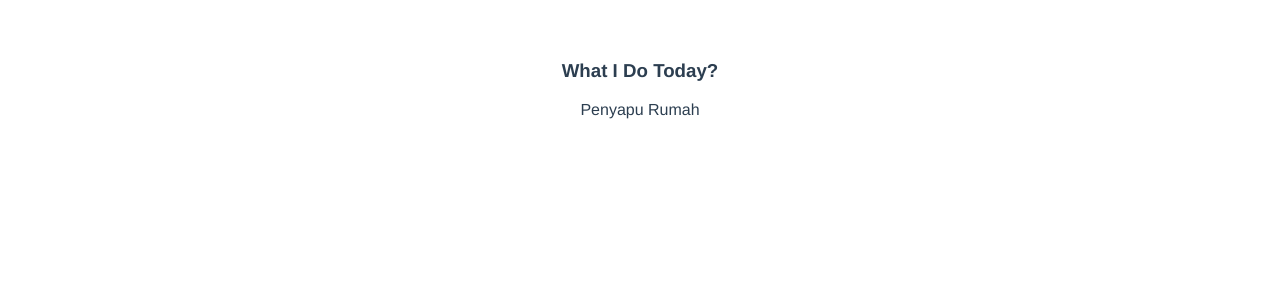
Repository: AdiPrimanto/praxis-academy
Page: / (app in novice/03-05/todolist/)
These files come from the project's save history. The page is drawn as it stood at one moment and after a run of saves; the edit follows.
The browser window is 1280 px wide. The pictures show the whole page.
The project was rebuilt for these pictures with package versions that can differ from the ones it lists, and the page was loaded fresh each time.

Above is the page before, as saved 2019-11-29 13:54:12.

After the next 2 saves:
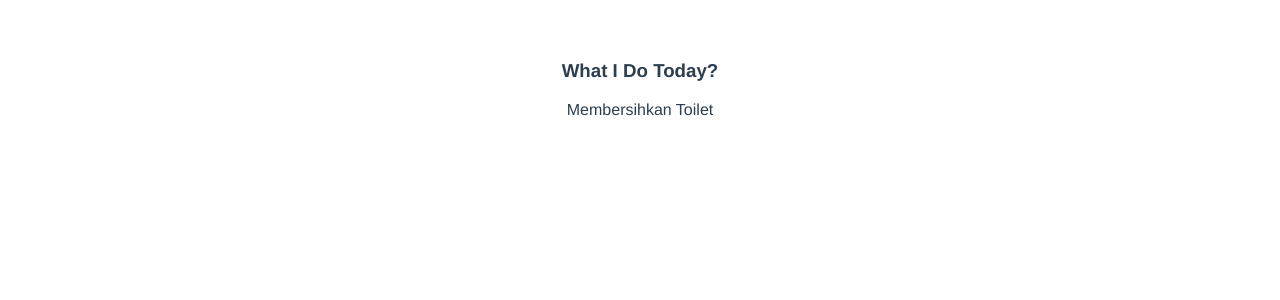
The 2 saves are shown as one change because 1 did not build or start.
The last was saved 39 s later.
--- a/novice/03-05/todolist/src/App.vue
+++ b/novice/03-05/todolist/src/App.vue
@@ -3,7 +3,7 @@
     <h3>What I Do Today? </h3>
     <div class="pekerjaan-rumah">
       <div v-for="tugasSaya in tugas" v-bind:key="tugasSaya.id" class="tugas">
-        <p>Penyapu Rumah</p>
+        <p>{{tugasSaya.nama}}</p>
       </div>
     </div>
   </div>
